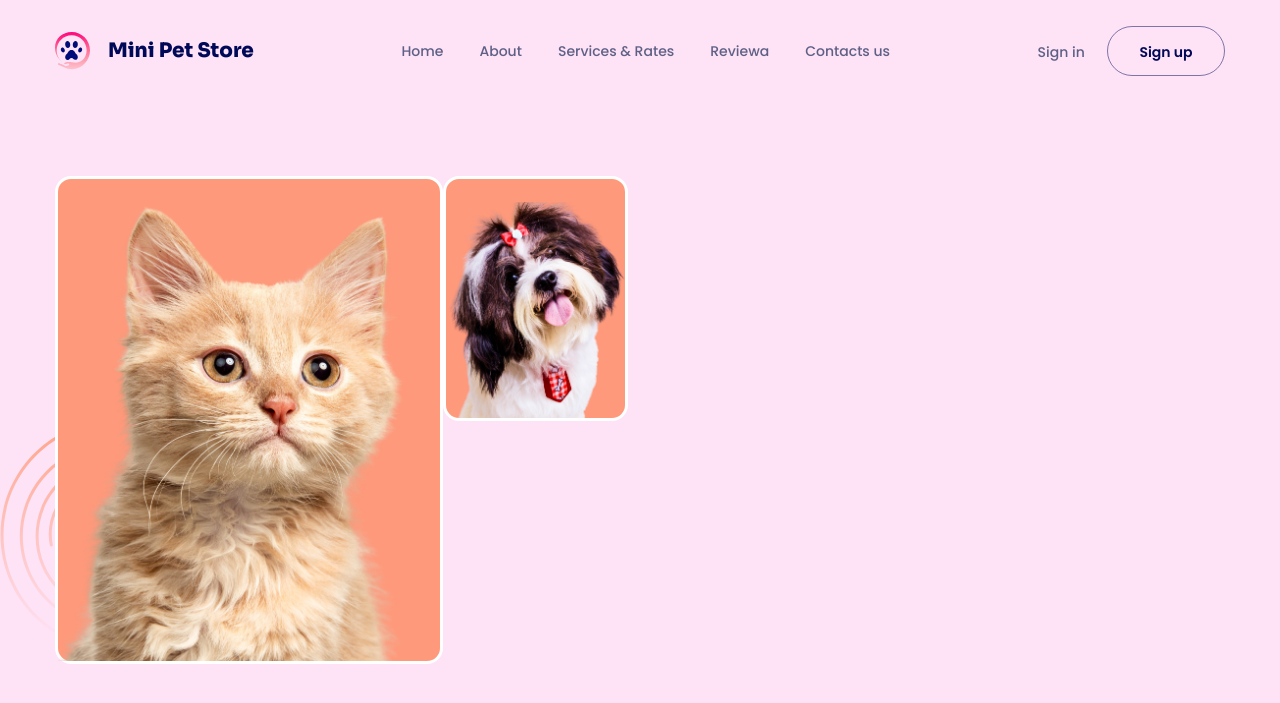
Repository: Tran-Dat/ASM-HTML5-F8-04
Page: index.html
These files come from the project's save history. The page is drawn as it stood at one moment and after the next save; the edit follows.
The browser window is 1280 px wide. The pictures show the whole page.

Above is the page before, as saved 2023-06-12 16:07:05.

### index.html
<!DOCTYPE html>
<html lang="en">
    <head>
        <meta charset="UTF-8" />
        <meta name="viewport" content="width=device-width, initial-scale=1.0" />
        <title>PS27621-TranTanDat-ASM</title>

        <!-- favicon -->
        <link
            rel="apple-touch-icon"
            sizes="57x57"
            href="./assets/favicon/apple-icon-57x57.png"
        />
        <link
            rel="apple-touch-icon"
            sizes="60x60"
            href="./assets/favicon/apple-icon-60x60.png"
        />
        <link
            rel="apple-touch-icon"
            sizes="72x72"
            href="./assets/favicon/apple-icon-72x72.png"
        />
        <link
            rel="apple-touch-icon"
            sizes="76x76"
            href="./assets/favicon/apple-icon-76x76.png"
        />
        <link
            rel="apple-touch-icon"
            sizes="114x114"
            href="./assets/favicon/apple-icon-114x114.png"
        />
        <link
            rel="apple-touch-icon"
            sizes="120x120"
            href="./assets/favicon/apple-icon-120x120.png"
        />
        <link
            rel="apple-touch-icon"
            sizes="144x144"
            href="./assets/favicon/apple-icon-144x144.png"
        />
        <link
            rel="apple-touch-icon"
            sizes="152x152"
            href="./assets/favicon/apple-icon-152x152.png"
        />
        <link
            rel="apple-touch-icon"
            sizes="180x180"
            href="./assets/favicon/apple-icon-180x180.png"
        />
        <link
            rel="icon"
            type="image/png"
            sizes="192x192"
            href="./assets/favicon/android-icon-192x192.png"
        />
        <link
            rel="icon"
            type="image/png"
            sizes="32x32"
            href="./assets/favicon/favicon-32x32.png"
        />
        <link
            rel="icon"
            type="image/png"
            sizes="96x96"
            href="./assets/favicon/favicon-96x96.png"
        />
        <link
            rel="icon"
            type="image/png"
            sizes="16x16"
            href="./assets/favicon/favicon-16x16.png"
        />
        <link rel="manifest" href="./assets/favicon/manifest.json" />
        <meta name="msapplication-TileColor" content="#ffffff" />
        <meta
            name="msapplication-TileImage"
            content="./assets/favicon/ms-icon-144x144.png"
        />
        <meta name="theme-color" content="#ffffff" />

        <!-- reset css -->
        <link rel="stylesheet" href="./assets/css/reset.css" />

        <!-- Font gg -->
        <link rel="preconnect" href="https://fonts.googleapis.com" />
        <link rel="preconnect" href="https://fonts.gstatic.com" crossorigin />
        <link
            href="https://fonts.googleapis.com/css2?family=Poppins:wght@300;400;500;600&family=Sora:wght@600;700;800&display=swap"
            rel="stylesheet"
        />

        <!-- styles css -->
        <link rel="stylesheet" href="./assets/css/styles.css" />
    </head>
    <body>
        <!-- Header -->
        <header class="header">
            <div class="container">
                <div class="header__inner">
                    <!-- Logo -->
                    <div class="header-logo">
                        <img src="./assets/img/logo.svg" alt="" class="logo" />
                        <h1 class="header-logo__title">
                            <a href="#!">Mini Pet Store</a>
                        </h1>
                    </div>

                    <!-- navbar -->
                    <nav class="navbar">
                        <ul class="navbar__list">
                            <li class="navbar__item">
                                <a href="#" class="navbar__link">Home</a>
                            </li>
                            <li class="navbar__item">
                                <a href="#" class="navbar__link">About</a>
                            </li>
                            <li class="navbar__item">
                                <a href="#" class="navbar__link"
                                    >Services & Rates</a
                                >
                            </li>
                            <li class="navbar__item">
                                <a href="#" class="navbar__link">Reviewa</a>
                            </li>
                            <li class="navbar__item">
                                <a href="#" class="navbar__link">Contacts us</a>
                            </li>
                        </ul>
                    </nav>

                    <!-- header action -->
                    <div class="header-action">
                        <a href="" class="header-action__link">Sign in</a>
                        <a href="" class="btn header-action__btn">Sign up</a>
                    </div>
                </div>
            </div>
        </header>

        <!-- Hero -->
        <section class="hero">
            <div class="container">
                <div class="hero__inner">
                    <!-- hero media -->
                    <div class="hero__media">
                        <!-- pet-01 -->
                        <div class="hero__img-wrap">
                            <img
                                src="./assets/img/pet-01.png"
                                alt=""
                                class="hero__img"
                            />

                            <!-- Decorators -->
                            <img
                                src="./assets/img/decor-01.svg"
                                alt=""
                                class="hero__decor hero__decor-left"
                            />
                            <img
                                src="./assets/img/decor-02.svg"
                                alt=""
                                class="hero__decor hero__decor-right"
                            />
                        </div>

                        <!-- Pet-02 -->
                        <div class="hero__img-wrap hero__img-wrap-small">
                            <img
                                src="./assets/img/pet-02.png"
                                alt=""
                                class="hero__img hero__img-small"
                            />
                        </div>
                    </div>

                    <!-- hero content -->
                    <section class="hero__content"></section>
                </div>
            </div>
        </section>
    </body>
</html>

### assets/css/styles.css
* {
    box-sizing: border-box;
}

html {
    font-size: 62.5%;
}

body {
    font-size: 1.6rem;
    font-family: "Poppins", sans-serif;
    background: #fee2f6;
}

/* ============================ common ============================ */

a {
    text-decoration: none;
}

h1,
h2,
h3,
h4,
h5,
h6 {
    font-family: "Sora", sans-serif;
}

input,
textarea,
select,
button {
    font-size: inherit;
    font-family: inherit;
}

.container {
    width: 1170px;
    max-width: calc(100% - 48px);
    margin: 0 auto;
}

.btn {
    --height: 56px;

    display: inline-block;
    min-width: 130px;
    height: var(--height);
    line-height: var(--height);
    border: 1px solid #00095880;
    border-radius: 99px;

    font-weight: 600;
    font-size: 1.4rem;

    text-align: center;
    color: #000958;
}

.btn:hover {
    opacity: 0.9;
}

/* =============== Header =============== */

.header {
    padding: 26px 0;
}

.header__inner {
    display: flex;
    align-items: center;
    justify-content: space-between;
}

.header-logo {
    display: flex;
    align-items: center;
}

.header-logo__title a {
    padding: 8px 18px;
    font-weight: 800;
    font-size: 20px;
    color: #000958;
}

.navbar__list {
    display: flex;
}

.navbar__link,
.header-action__link {
    padding: 8px 18px;
    font-weight: 500;
    font-size: 1.4rem;
    line-height: 1;
    color: #5e6085;
}

.navbar__link:hover {
    color: #000958;
    text-shadow: 1px 0 0 currentColor;
}

.header-action__btn {
    --height: 50px;

    min-width: 118px;
}

/* =============== Hero =============== */
.hero {
    margin-top: 74px;
}

.hero__inner {
    display: flex;
    align-items: center;
    justify-content: space-between;
}

.hero__media {
    display: flex;
}

.hero__img-wrap {
    position: relative;
    display: flex;
    align-items: flex-end;
    justify-content: center;
    width: 388px;
    height: 488px;
    background: #fe997b;
    border-radius: 16px;
    border: 3px solid #fff;
}

.hero__img {
    max-width: 100%;
    max-height: 100%;
}

.hero__decor {
    z-index: -1;
    position: absolute;
}

.hero__decor-left {
    left: -58px;
    bottom: 10px;
}

.hero__decor-right {
    top: 16px;
    right: -43px;
}

.hero__img-wrap-small {
    width: 185px;
    height: 245px;
}

.hero__img-small {
}

Loaded but not shown: assets/css/reset.css (common file)

After the next save:
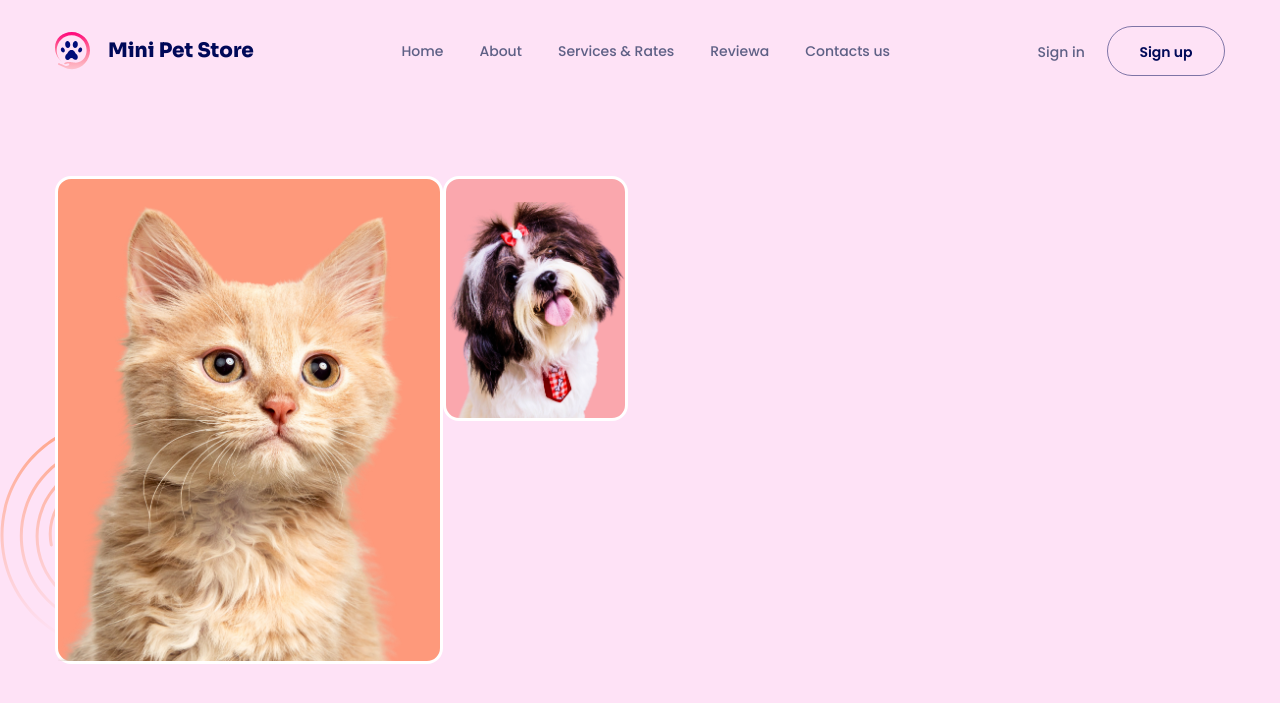
Saved 16 s later.
--- a/assets/css/styles.css
+++ b/assets/css/styles.css
@@ -160,6 +160,8 @@
 .hero__img-wrap-small {
     width: 185px;
     height: 245px;
+    background: #faa7ad;
+    border-radius: 16px;
 }
 
 .hero__img-small {
